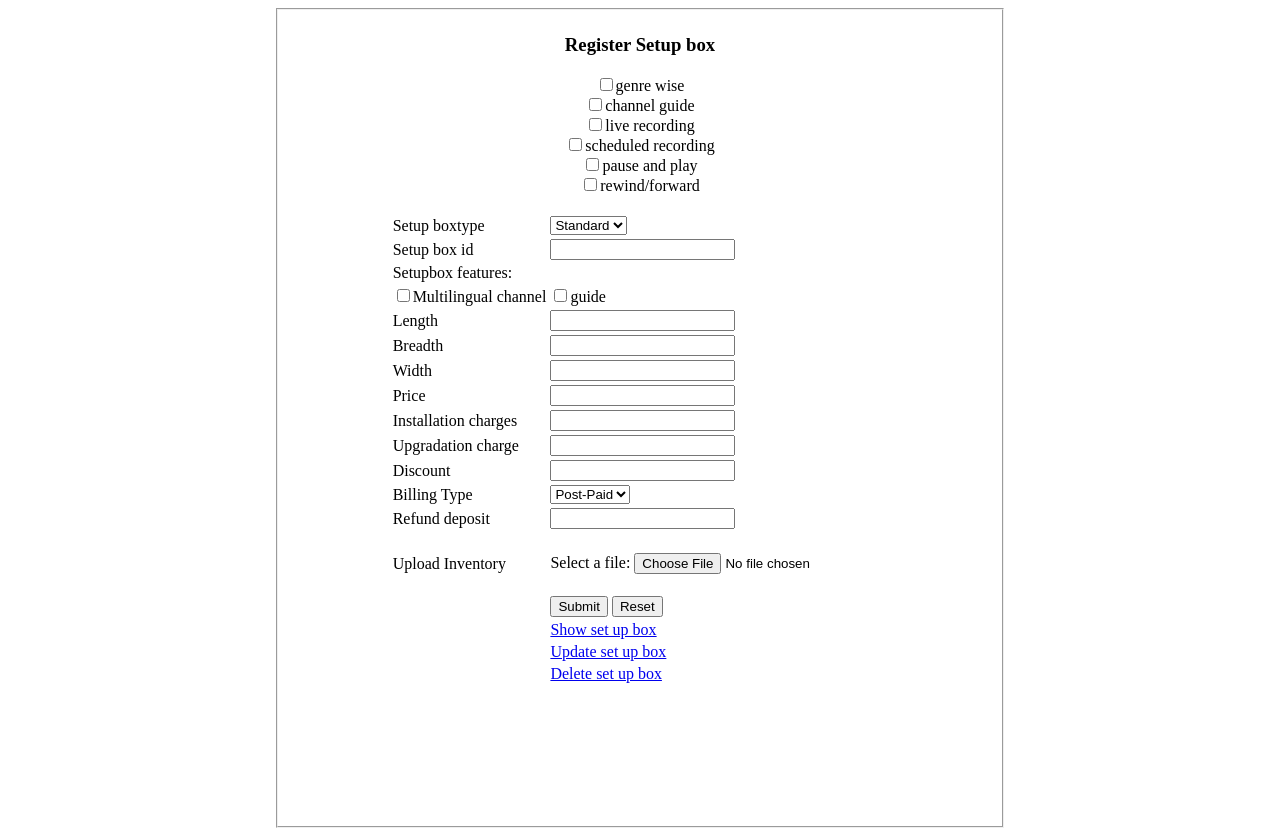
Repository: a18wheeler/TCS-Edison
Page: http://localhost/DTH1/
These files come from the project's save history. The page is drawn as it stood at one moment and after the next save; the edit follows.
The browser window is 1280 px wide. The pictures show the whole page.
The page is served by Tomcat 9.

Above is the page before, as saved 2019-10-16 17:58:51.

### playground/DTH1/WebContent/index.jsp
 <%@ page language="java" contentType="text/html; charset=ISO-8859-1"
    pageEncoding="ISO-8859-1"%>

<!DOCTYPE html>
<html>
<head>
<meta charset="ISO-8859-1">
<title>Insert title here</title>
<script type="text/javascript">
function checker(){
	var id = document.forms["inpForm"]["id"];
    var length = document.forms["inpForm"]["length"];
    var breadth = document.forms["inpForm"]["breadth"];
    var width =  document.forms["inpForm"]["width"];
    var price = document.forms["inpForm"]["price"];
    var icharge = document.forms["inpForm"]["icharge"];
    var ucharge =  document.forms["inpForm"]["ucharge"];
    var discount = document.forms["inpForm"]["discount"];
    var deposit = document.forms["inpForm"]["deposit"];
    var patt = new RegExp(/[+-]?(?=.\d|\d)(?:\d+)?(?:.?\d*)(?:[eE][+-]?\d+)?/);
    if (id.value == "" || length.value == "" || breadth.value == "" || width.value == ""
		|| price.value == "" || icharge.value == ""
		|| ucharge.value == "" || discount.value == ""|| deposit.value == ""){
	window.alert("Blank fields not accepted");
    return false;
	}



    if ( !patt.test(id.value) || !patt.test(length.value) || !patt.test(breadth.value) || !patt.test(width.value) ||
            !patt.test(price.value) || !patt.test(icharge.value) || !patt.test(iucharge.value)
            || !patt.test(discount.value) || !patt.test(deposit.value))
    {
        window.alert("Check input type");
        return false;
    }




}
</script>
</head>
<body>


<div align="center">
<form action="DTHServlet" method="get" onSubmit="return checker()" name="inpForm">
<fieldset style="width:700px;height:800px">
<table>
<h3>Register Setup box</h3>

<tr>
<td>Setup boxtype</td>
<td><select name="type">
<option value="Standard">Standard</option>
<option value="HD">HD</option>
<option value="HD+">HD+</option>
<option value="IPTV">IPTV</option>
</select>
</tr>
<tr>
<td>
Setup box id
</td>
<td>
<input type ="text" name="id">
</td>
</tr>
<tr><td>
Setupbox features:</td></tr>
<td>
<input type="checkbox" name="lang" value="Multilingual channel" />Multilingual channel<br></td>
<td><input type="checkbox" name="lang" value="guide" />guide<br></td>
<input type="checkbox" name="lang" value="genre wise"/ >genre wise<br>
<input type="checkbox" name="lang" value="channel guide"/>channel guide<br>
<input type="checkbox" name="lang" value=" live recording"/>live recording<br>
<input type="checkbox" name="lang" value="recording"/ >scheduled recording<br>
<input type="checkbox" name="lang" value="pause"/>pause and play<br>
<input type="checkbox" name="lang" value=" rewind"/>rewind/forward<br>

<tr>
<td>
Length
</td>
<td>
<input type ="text" name="length">
</td>
</tr>
<tr>
<td>
Breadth
</td>
<td>
<input type ="text" name="breadth">
</td>
</tr>
<tr>
<td>
Width
</td>
<td>
<input type ="text" name="width">
</td>
</tr>
<tr>
<td>
Price
</td>
<td>
<input type ="text" name="price">
</td>
</tr>
<tr>
<td>
Installation charges
</td>
<td>
<input type ="text" name="icharge">
</td>
</tr>
<tr>
<td>
Upgradation charge
</td>
<td>
<input type ="text" name="ucharge">
</td>
</tr>
<tr>
<td>
Discount
</td>
<td>
<input type ="text" name="discount">
</td>
</tr>
<tr>
<td>Billing Type</td>
<td><select name="btype">
<option value="Post">Post-Paid</option>
<option value="Pre">Pre-Paid</option>
</select>
</tr>
<tr>
<td>
Refund deposit
</td>
<td>
<input type ="text" name="deposit">
</td>
</tr>
<tr><br></tr>
<tr>
<td>
Upload Inventory
</td>
<td>
 <br>
 Select a file: <input type="file" name="myFile"><br><br>
</td>
</tr>

<tr>
<td></td>
<td>
<input type ="submit" name="submit">
<input type="hidden" name="register" value="create">
<input type ="reset" name="reset">
</td>
</tr>
<tr>
<td></td>
<td>
<a href="readSetupbox.jsp">Show set up box</a>
</td>
</tr>
<tr>
<td></td>
<td>
<a href="updateSetupbox.jsp">Update set up box</a>
</td>
</tr>
<tr><td></td>
<td>
<a href="deleteSetupbox.jsp">Delete set up box</a></td>
</table>
</fieldset>
</form>
</div>
</body>
</html>

After the next save:
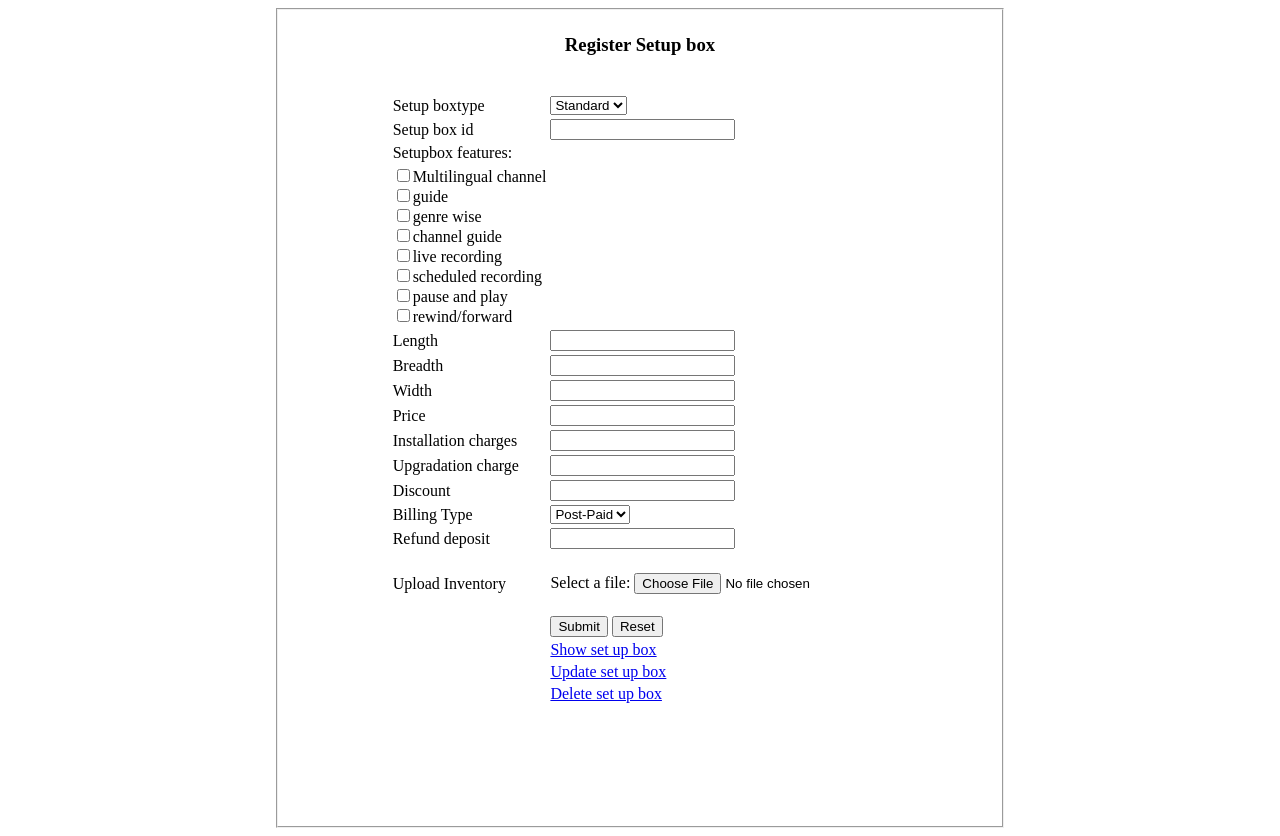
Saved 29 s later.
--- a/playground/DTH1/WebContent/index.jsp
+++ b/playground/DTH1/WebContent/index.jsp
@@ -70,8 +70,8 @@ Setup box id
 <tr><td>
 Setupbox features:</td></tr>
 <td>
-<input type="checkbox" name="lang" value="Multilingual channel" />Multilingual channel<br></td>
-<td><input type="checkbox" name="lang" value="guide" />guide<br></td>
+<input type="checkbox" name="lang" value="Multilingual channel" />Multilingual channel<br>
+<input type="checkbox" name="lang" value="guide" />guide<br>
 <input type="checkbox" name="lang" value="genre wise"/ >genre wise<br>
 <input type="checkbox" name="lang" value="channel guide"/>channel guide<br>
 <input type="checkbox" name="lang" value=" live recording"/>live recording<br>
